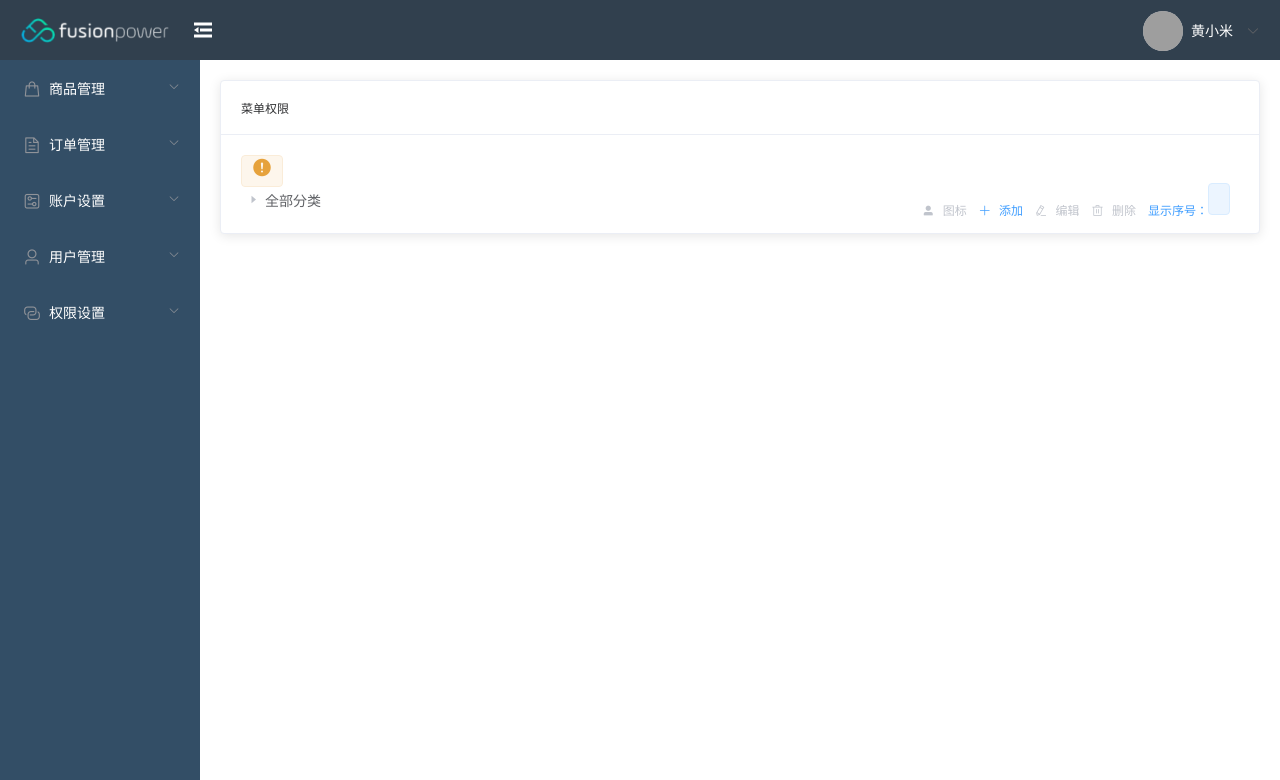
Repository: HanNing-cyber/vue-cms-project
Page: /#/auth/menu
The author's editor kept a copy of each file at every save. The page is drawn from the files as they stood at one save, then again after the next save.
The browser window is 1280 px wide. The pictures show the whole page.
Pictures or frames that could not be fetched are drawn as grey boxes. The project was rebuilt for these pictures with package versions that can differ from the ones it lists, and the page was loaded fresh each time. Also part of the build but not shown: vue.config.js, src/views/Login.vue, src/views/Register.vue.

Above is the page before, as saved 2020-05-06 00:32:23.

### src/main.js
import Vue from 'vue'
import App from './App.vue'
import router from './router'
import store from './store'
import '@/plugins/element'
import '@/plugins/axios'

Vue.config.productionTip = false

new Vue({
  router,
  store,
  render: h => h(App)
}).$mount('#app')

### src/App.vue
<template>
  <div id="app">
    <router-view></router-view>
  </div>
</template>

<script>
export default {
  name: "app",
  components: {}
};
</script>

<style lang="less">
@import "./assets/css/reset.css";
.el-row {
  margin-bottom: 20px;
  &:last-child {
    margin-bottom: 0;
  }
}
.el-col {
  border-radius: 4px;
}
.bg-purple-dark {
  background: #99a9bf;
}
.bg-purple {
  background: #d3dce6;
}
.bg-purple-light {
  background: #e5e9f2;
}
.grid-content {
  border-radius: 4px;
  min-height: 36px;
}
.row-bg {
  padding: 10px 0;
  background-color: #f9fafc;
}
a{
  color: currentColor;
}
</style>

### src/router/index.js
import Vue from 'vue'
import VueRouter from 'vue-router'
import Login from "@/views/Login.vue";
import Register from "@/views/Register.vue";
import Layout from "@/components/Layout.vue";
import { Message} from 'element-ui'

Vue.use(VueRouter)

  const routes = [
  {
    path: '/',
    name: 'Login',
    alias: "/login",
    meta:{requiresAuth:false},
    component: Login,
  },
  {
    path: '/register',
    name: 'Register',
    meta:{requiresAuth:false},
    component: Register,
  },
  // 商品管理
  {
    path:'/goods',
    name:'Goods',
    component:Layout,
    children: [
      {
        path: "list",
        name: "GoodsList",
        meta:{requiresAuth:true},
        component: () => import("@/views/Goods/List.vue"),
      },
      {
        path: "release",
        name: "GoodsRelease",
        meta:{requiresAuth:true},
        component: () => import("@/views/Goods/Release.vue"),
      },
      {
        path: "category",
        name: "GoodsCategory",
        meta:{requiresAuth:true},
        props: true,
        component: () => import("@/views/Goods/Category.vue"),
      },
      {
        path: 'edit',
        name: 'GoodsEdit',
        // meta: { requiresAuth: true },
        component: () => import('@/views/Goods/Edit.vue')
      },
    ],
  },
  // 订单管理
  {
    path:'/order',
    name:'Order',
    component:Layout,
    children: [
      {
        path: "list",
        name: "OrderList",
        meta:{requiresAuth:true},
        component: () => import("@/views/Order/List.vue"),
      },
    ],
  },
  // 账户设置
  {
    path:'/admin',
    name:'Admin',
    component:Layout,
    children: [
      {
        path: "setting",
        name: "AdminSetting",
        meta:{requiresAuth:true},
        component: () => import("@/views/Admin/Setting.vue"),
      },
    ],
  },
  // 用户管理
  {
    path:'/user',
    name:'User',
    component:Layout,
    children: [
      {
        path: "list",
        name: "UserList",
        meta:{requiresAuth:true},
        component: () => import("@/views/User/List.vue"),
      },
    ],
  },
  // 权限管理
  {
    path:'/auth',
    name:'Auth',
    component:Layout,
    children: [
      {
        path: "role",
        name: "AuthRole",
        meta:{requiresAuth:true},
        component: () => import("@/views/Auth/Role.vue"),
      },
      {
        path: "menu",
        name: "AuthMenu",
        meta:{requiresAuth:true},
        component: () => import("@/views/Auth/Menu.vue"),
      },
    ],
  },
]

const router = new VueRouter({
  routes
})

export default router

### src/plugins/axios.js
import axios from 'axios';
import { Loading,Message } from 'element-ui';
// 路由实例
import router from '@/router/index'
// loading实例
let loading;
//设置默认参数
axios.defaults.baseURL='http://localhost:3003';

// 请求拦截器
axios.interceptors.request.use(function(config){
    // 开启loding
    loading=Loading.service({background:'rgba(0,0,0,0.7'});
    console.log(config);
    // 在发送请求之前，在headers头加token
    if(config.url=='/api/admin/login' || config.url=='/api/admin/register'){
        return config;
    }
    let token = sessionStorage.token;
    // 判断是否已经登录，拥有token
    // 没有token，提示用户，跳转登录页面
    if(!token){
        Message.error('token令牌失效，请重新登录！')
        setTimeout(()=>{
            router.replace('/login');
            loading.close();
        },2000);
        return;
    }
    // 拥有token，在headers头添加token
    config.headers.Authorization=`Bearer ${token}`;
    return config;
},function(error){
    // 对请求错误做些什么
    return Promise.reject(error);
})


axios.interceptors.response.use(function (response) {
    // 关闭loading
    loading.close();
    //在这里你可以判断后台返回数据携带的请求码
    if (response.status === 200) {
    return response.data
    }
    // else {
    // // 非200请求抱错
    // throw Error(response.data.msg || '服务异常')
    // }
}, function (error) {
    // 对响应错误做点什么
    return Promise.reject(error);
});

export default axios;

### src/assets/css/reset.css
/*version: 2.7.0 */

html,
body {
	color: #898989;
	background: #FFF;
	font-family: "Microsoft YaHei UI", "Microsoft YaHei UI Light", "微软雅黑", "宋体", Helvetica-Black-SemiBold, Tahoma, Arial, sans-serif;
	font-size: 12px;
}

body,
div,
dl,
dt,
dd,
ul,
ol,
li,
h1,
h2,
h3,
h4,
h5,
h6,
pre,
code,
form,
fieldset,
legend,
input,
button,
textarea,
p,
blockquote,
th {
	margin: 0;
	padding: 0;
}

table {
	border-collapse: collapse;
	border-spacing: 0;
}

fieldset {
	border: solid 1px #666;
}
/*取消img蓝框*/
img {
	border: 0;
}

address,
caption,
cite,
code,
dfn,
em,
strong,
th,
var,
optgroup {
	font-style: inherit;
	font-weight: inherit;
}

del,
ins {
	text-decoration: none;
}

li {
	list-style: none;
}

caption,
th {
	text-align: left;
}

h1,
h2,
h3,
h4,
h5,
h6 {
	font-weight: normal;
}

h2 {
	font-size: 16px;
}

h3 {
	font-size: 14px;
}

q:before,
q:after {
	content: '';
}

abbr,
acronym {
	border: 0;
	font-variant: normal;
}

sup {
	vertical-align: baseline;
}

sub {
	vertical-align: baseline;
}

legend {
	color: #000;
}

input,
button,
textarea,
select,
optgroup,
option {
	font-family: inherit;
	font-size: inherit;
	font-style: inherit;
	font-weight: inherit;
}

input,
button,
textarea,
select {
	*font-size: 100%;
}

strong {
	font-weight: bold;
}

em {
	font-style: italic;
}
/*取消链接下横线*/
a {
	color: #ffd200;;
	text-decoration: none;
}

a:hover {
	color: #666;
}

a:focus {
	outline: thin dotted;
}


/* 改善在所有浏览器中获取焦点和悬停时的可读性: h5bp.com/h */

a:hover,
a:active {
	outline: 0;
}

.fl {
	float: left;
}

.fr {
	float: right;
}

.clear {
	clear: both;
}

.clearfix {
	*zoom: 1;
}

.clearfix:before,
.clearfix:after {
	display: table;
	line-height: 0;
	content: "";
}

.clearfix:after {
	clear: both;
}

.container {
	width: 1200px;
	margin-right: auto;
	margin-left: auto;
	*zoom: 1;
}

.container:before,
.container:after {
	display: table;
	line-height: 0;
	content: "";
}

.container:after {
	clear: both;
}

### src/components/Layout.vue
<template>
  <el-container>
    <el-header>
      <Navbar></Navbar>
    </el-header>
    <el-container>
      <el-aside width="200px">
        <LeftMenu></LeftMenu>
      </el-aside>
      <el-main>
        <router-view></router-view>
      </el-main>
    </el-container>
  </el-container>
</template>

<script>
import LeftMenu from '@/components/LeftMenu.vue';
import Navbar from '@/components/Navbar.vue';
export default{
    components:{
        LeftMenu,
        Navbar,
    }
}
</script>

<style lang="less">
 .el-header, .el-footer {
    background-color: #31404E;
    color: white;
    line-height: 60px;
  }

  .el-aside {
    background-color: #334E66;
    color: #333;
    text-align: left;
    min-height: 100vh;
    .el-menu{
      border-right: 0;
    }
  }

  .el-main {
    background-color: white;
    color: #333;
  }

  body > .el-container {
    margin-bottom: 40px;
  }

  .el-container:nth-child(5) .el-aside,
  .el-container:nth-child(6) .el-aside {
    line-height: 260px;
  }

  .el-container:nth-child(7) .el-aside {
    line-height: 320px;
  }
</style>

### src/views/Auth/Menu.vue
<template>
	<div>
		<el-card class="box-card">
			<div slot="header" class="clearfix">
				<span>菜单权限</span>
			</div>
			<!-- <el-tree :data="data" :props="defaultProps" @node-click="handleNodeClick"></el-tree> -->
			<div class="custom-tree-container">
				<el-tag type="warning">
					<div class="left-tip"><i class="el-icon-warning" style="fontSize:20px"></i></div>
					<div class="right-tip"></div>
				</el-tag>
				<div class="block">
					<!-- <el-tree ref="tree" lazy :props="defaultProps" :data="data"> -->
					<el-tree ref="tree" :load="loadNode" lazy :props="defaultProps" node-key="id">
						<span class="custom-tree-node" slot-scope="{ node, data }">
							<span>{{node.label }}</span>
							<span>
								<el-tooltip class="item" effect="light" content="Left Top 提示文字" placement="left-start">
									<el-button type="text" size="mini" icon="el-icon-user-solid" :disabled="node.level==1">
										图标
									</el-button>
								</el-tooltip>
								<el-button type="text" size="mini" icon="el-icon-plus" @click.stop="openInsertModal(node,data)">
									添加
								</el-button>
								<el-button type="text" size="mini" icon="el-icon-edit" :disabled="node.level==1" @click.stop="openEditModal(node,data)">
									编辑
								</el-button>
								<el-button type="text" size="mini" icon="el-icon-delete" @click.stop="openRemoveModal(node,data)" :disabled="node.level==1">
									删除
								</el-button>
								<el-button type="text" size="mini">
									<span class="sort">显示序号：</span>
									<el-tag class="tag">{{data.order}}</el-tag>
								</el-button>
							</span>
						</span>
					</el-tree>
				</div>
			</div>
		</el-card>
		<!-- 添加模态框 -->
		<el-dialog title="添加节点" :visible.sync="insertVisible" width="30%">
			<el-form ref="insertForm" :model="insertForm" :rules="rules" label-width="80px">
				<el-form-item label="菜单名称" prop="name">
					<el-input v-model="insertForm.name"></el-input>
				</el-form-item>
				<el-form-item label="链接地址" prop="path">
					<el-input v-model="insertForm.path" placeholder="指定此菜单的链接地址,可选填"></el-input>
				</el-form-item>
				<el-form-item label="显示顺序" prop="order">
					<el-input v-model="insertForm.order" placeholder="显示顺序按照数字大小,如:2001"></el-input>
				</el-form-item>
			</el-form>
			<span slot="footer" class="dialog-footer">
				<el-button @click="insertVisible = false">取 消</el-button>
				<el-button type="primary" @click="handleInsert('insertForm')">确 定</el-button>
			</span>
		</el-dialog>

		<!-- 编辑模态框 -->
		<el-dialog title="编辑节点" :visible.sync="editVisible" width="30%">
			<el-form ref="editForm" :model="editForm" :rules="rules" label-width="80px">
				<el-form-item label="菜单名称" prop="name">
					<el-input v-model="editForm.name"></el-input>
				</el-form-item>
				<el-form-item label="链接地址" prop="path">
					<el-input v-model="editForm.path" placeholder="指定此菜单的链接地址,可选填"></el-input>
				</el-form-item>
				<el-form-item label="显示顺序" prop="order">
					<el-input v-model="editForm.order" placeholder="显示顺序按照数字大小,如:2001"></el-input>
				</el-form-item>
			</el-form>
			<span slot="footer" class="dialog-footer">
				<el-button @click="editVisible = false">取 消</el-button>
				<el-button type="primary" @click="handleEdit('editForm')">确 定</el-button>
			</span>
		</el-dialog>
	</div>
</template>

<script>
	import { Auth } from '@/api/index.js'

	export default {
		data() {
			return {
				defaultProps: {
					label: 'name',
					children: "children",
				},
				insertForm: {
					name: '',
					pId: '',
					order: '',
				},
				editForm: {
					name: '',
					pId: '',
					order: '',
				},
				rules: {
					name: [
						{ required: true, message: '请输入分类名称', trigger: 'blur' },
					],
					order: [
						{ required: true, message: '请输入菜单顺序', trigger: 'blur' },
					]
				},
				nodeData: {}, //节点数据
				node: {}, //节点对象
				insertVisible: false,
				editVisible: false,
			}
		},
		methods: {
			async loadNode(node, resolve) {
				console.log(node);
				// 根节点
				if (node.level == 0) {
					return resolve([{ name: '全部分类', pId: 0 }]);
				}
				if (node.level == 1) {
					// 取出node.data里的数据
					let { status, data } = await Auth.subcate({ pId: 1 });
					if (status) {
						resolve(data);
					}
				}
				if (node.level == 2) {
					// 取出node.data里的数据
					let id = node.data.id;
					// let { pId } = node.data;
					let { status, data } = await Auth.subcate({ pId: id });
					if (status) {
						resolve(data);
					}
				}
			},
			// 删除
			openRemoveModal(node, data) {
				this.$confirm('确定要删除此分类吗?', { type: 'warning' })
					.then(async () => {
						// 发送ajax
						let id = node.data.id;
						let { status } = await Auth.del({ id }); //扩展运算符
						if (status) {
							// 界面上的数据删除
							this.$refs.tree.remove(data);
							this.$message.success('删除成功');
						} else {
							this.$message.error(msg);
						}
					});
			},
			// 添加
			openInsertModal(node, data) {
				console.log(data)
				// 转存了父级分类id
				this.insertForm.pId = data.pId + 1;
				// 转存 父类节点
				this.node = node;
				this.insertVisible = true;
			},
			handleInsert(formName) {
				this.$refs[formName].validate(async (valid) => {
					if (valid) {
						let { status, msg, data } = await Auth.insert({ ...this.insertForm }); //扩展运算符
						if (status) {
							// 关闭弹窗
							this.insertVisible = false;
							// 界面添加节点
							this.$refs.tree.append({ ...this.insertForm, ...data }, this.node);
						}
					}
				});
			},
			// 编辑
			openEditModal(node, data) {
				// 转存节点对象
				this.node = node;
				this.editForm = { ...data };
				this.editVisible = true;
			},
			handleEdit(formName) {
				this.$refs[formName].validate(async (valid) => {
					if (valid) {
						let { status, msg } = await Auth.Edit({ ...this.editForm }); //扩展运算符
						if (status) {
							this.$message.success(msg);
							// 关闭弹窗
							this.editVisible = false;
							// 更新节点
							this.node.data = this.editForm;
						} else {
							this.$message.error(msg);
						}
					}
				});
			}
		},
	}
</script>

<style lang="less" scoped>
	.custom-tree-node {
		flex: 1;
		display: flex;
		align-items: center;
		justify-content: space-between;
		font-size: 14px;
		padding-right: 8px;
	}

	.xu {
		font-size: 12px;
		padding-left: 10px;
	}
</style>

### src/api/index.js
import Admin from './modules/admin';
import User from './modules/user';
import Login from './modules/login';
import Category from './modules/category';
import Goods from './modules/goods';
import Auth from './modules/auth';
import Order from './modules/order';
// import Upload from './modules/upload';
export {
    Admin,
    User,
    Login,
    Category,
    Goods,
    Auth,
    Order,
}

### src/components/LeftMenu.vue
<template>
  <el-menu router default-active="2" class="el-menu-vertical-demo" background-color="#334E66" text-color="#fff" active-text-color="#ffd04b">
    <el-submenu index="1">
      <template slot="title">
        <i class="el-icon-goods"></i>
        <span slot="title">商品管理</span>
      </template>
      <el-menu-item index="/goods/category">商品分类</el-menu-item>
      <el-menu-item index="/goods/release">发布商品</el-menu-item>
      <el-menu-item index="/goods/list">商品列表</el-menu-item>
    </el-submenu>
    <el-submenu index="2">
      <template slot="title">
        <i class="el-icon-document"></i>
        <span slot="title">订单管理</span>
      </template>
      <el-menu-item index="/order/list">订单列表</el-menu-item>
    </el-submenu>
    <el-submenu index="3">
      <template slot="title">
        <i class="el-icon-set-up"></i>
        <span slot="title">账户设置</span>
      </template>
      <el-menu-item index="/admin/setting">账户信息</el-menu-item>
    </el-submenu>
    <el-submenu index="4">
      <template slot="title">
        <i class="el-icon-user"></i>
        <span slot="title">用户管理</span>
      </template>
      <el-menu-item index="/user/list">用户列表</el-menu-item>
    </el-submenu>
    <el-submenu index="5">
      <template slot="title">
        <i class="el-icon-connection"></i>
        <span slot="title">权限设置</span>
      </template>
      <el-menu-item index="/auth/role">用户角色</el-menu-item>
      <el-menu-item index="/auth/menu">菜单权限</el-menu-item>
    </el-submenu>
  </el-menu>
</template>

<script></script>

<style lang="less" scoped>
body {
  overflow: hidden;

  .el-aside {
    height: 100vh;
  }
}
</style>

### src/components/Navbar.vue
<template>
  <div class="nav-bar">
    <div class="left">
      <div class="name">
        <img src="../assets/img/logo.png" alt="" width="150px">
      </div>
      <el-button type="text" class="icon-toggle" icon="el-icon-s-fold"></el-button>
    </div>
    <div class="right">
      <el-dropdown>
        <span class="el-dropdown-link">
          <el-avatar src="https://cube.elemecdn.com/0/88/03b0d39583f48206768a7534e55bcpng.png"></el-avatar>
          <span class="nickname">黄小米</span>
          <i class="el-icon-arrow-down el-icon--right"></i>
        </span>
        <el-dropdown-menu size="medium" slot="dropdown">
          <el-dropdown-item>消息</el-dropdown-item>
          <el-dropdown-item>设置</el-dropdown-item>
          <el-dropdown-item divided>退出</el-dropdown-item>
        </el-dropdown-menu>
      </el-dropdown>
    </div>
  </div>
</template>

<script>
export default {};
</script>

<style lang="less">
.nav-bar {
  display: flex;
  justify-content: space-between;
  align-items: center;
  padding: 5px 0;
  line-height: 0;

  .left {
    display: flex;
    align-items: center;

    .icon-toggle {
      font-size: 24px;
      margin-left: 20px;
      color: white;
    }
  }
  .right {
    .el-dropdown-link {
      display: flex;
      align-items: center;
    }
    .nickname {
      color: white;
      margin: 0 8px;
    }
  }
}
.el-dropdown-menu {
  width: 200px;
  background-color: #31404E;
}
</style>

### src/api/modules/admin.js
import axios from 'axios';

// // 管理员登陆

// //ES5写法
// // function login(data){
// //     return axios.post('/admin/login',data);
// // }

// // ES6写法
// let login = (data) => axios.post('/admin/login',data);
// let register = (data) => axios.post('/admin/register',data);
// let list = (data) => axios.get('/admin/list',{params:data});

// // 删除管理员
// let remove = (data) => axios.post('/admin/delete',{id:data});
// // 获取管理员资料

let info = (data) => axios.get('/api/admin',{params:data})

let edit = (data) => axios.post('/admin/info',data)
let subcate = (data) => axios.get('/api/role/list' , {params:data});
export default{
    info,
    edit,
    subcate,

}

### src/api/modules/user.js
import axios from 'axios';

// // 文章列表
let list = (data) => axios.get('/api/admin/list',{params:data});
let role = (data) => axios.get('/api/role/list', { params: data });
// // 删除用户
let remove = (id) => axios.delete('/api/admin' , {params:id});
// // 获取用户资料
// let info = (data) => axios.get('/user',{params:data});

// let edit = (id ,data ) => axios.put(`/user/${id}` ,data);

export default{
    list,
    role,
    remove,
//     info,
//     edit,
}

### src/api/modules/login.js
import axios from 'axios';



let login = (data) => axios.post('/api/admin/login',data);
let register = (data) => axios.post('/api/admin/register',data);

export default{
    login,
    register,

}

### src/api/modules/category.js
import axios from 'axios';
// 获取子级分类
let subcate = (data) => axios.get('/api/category/sub' , {params:data});
// 获取所有分类
let list= (data) => axios.get('/api/category/all' , {params:data});
// 添加分类
let insert = (data) => axios.post('/category/add' ,data)
// 删除分类
let remove = (id) => axios.delete('/api/category',{params:id});
// 编辑分类
let edit = (data) => axios.post('/category/edit',data)

export default{
    subcate,
    list,
    insert,
    remove,
    edit,
}

### src/api/modules/goods.js
import axios from 'axios';
// 获取子级分类
// let subcate = (data) => axios.get('/api/category/all' , {params:data});
// 获取所有分类
let list= (data) => axios.get('/api/admin/goods/list' , {params:data});
// // 添加分类
// let insert = (data) => axios.post('/category/add' ,data)
// // 删除分类
// let remove = (data) => axios.post('/category/delete',{id:data});
let remove = (id) => axios.delete('/api/admin/goods',{params:id});
// // 编辑分类
// let edit = (data) => axios.post('/category/edit',data)
// 发布新商品
let add = (data) => axios.post('/api/admin/goods',data);
// 发布新商品
let release = (data) => axios.post('/api/admin/goods', data);

export default{
    list,
    remove,
    release,
}

### src/api/modules/auth.js
import axios from 'axios';

// // 列表
let list = (data) => axios.get('/api/role/list', { params: data });
// //删除
// let remove = (id) => axios.delete(`/role/${id}`);
let remove = (id) => axios.delete('/api/menu',{params:id});
let menu = (data) => axios.get('/api/menu/sub', { params: data })
// //添加
let insert = (data) => axios.post('/api/menu', data);
// //编辑
// let edit = (id, data) => axios.put(`/role/${id}`, data);
export default {
	list,
	remove,
	menu,
	insert,
// 	edit
}

### src/api/modules/order.js
import axios from 'axios';

// 订单列表
let list = (data) => axios.get('/api/admin/order/list', { params: data })

export default {
	list,
}

Loaded but not shown: public/index.html (common file); src/store/index.js (common file); src/plugins/element.js (common file)

After the next save:
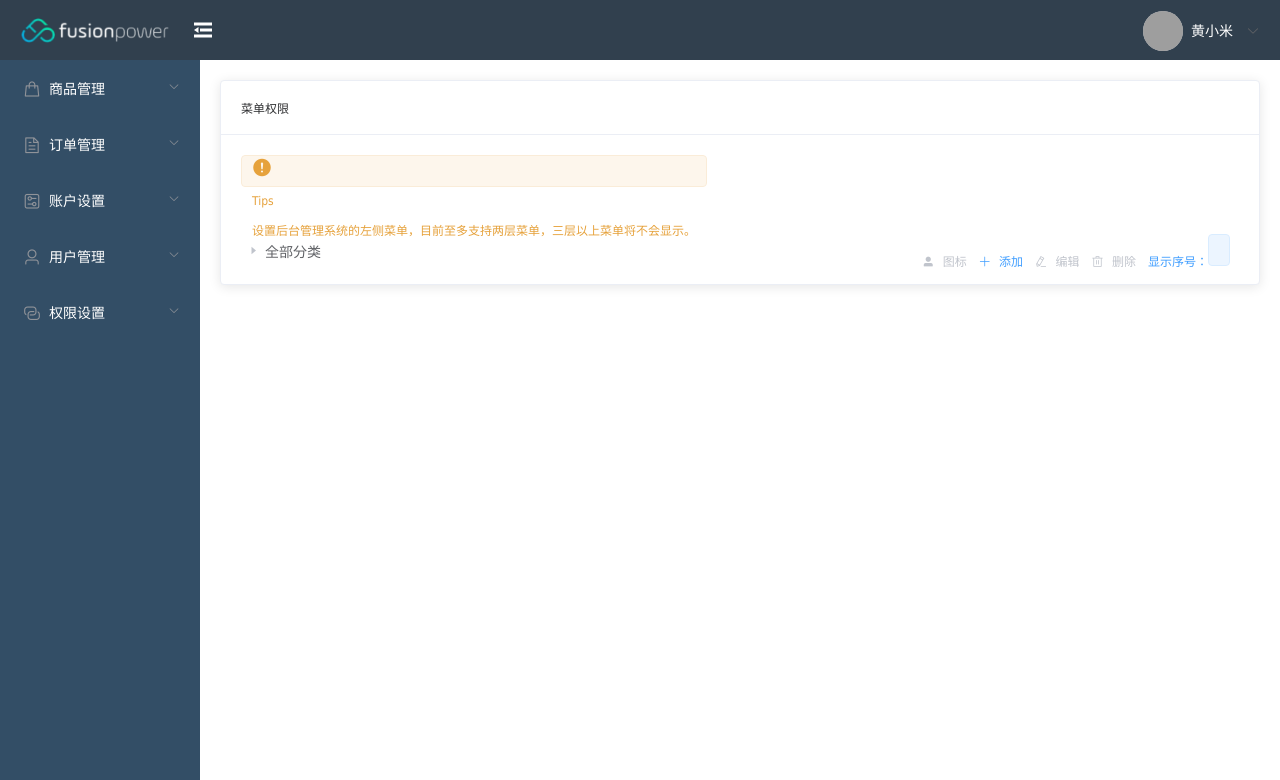
Saved 54 s later.
--- a/src/views/Auth/Menu.vue
+++ b/src/views/Auth/Menu.vue
@@ -6,9 +6,12 @@
 			</div>
 			<!-- <el-tree :data="data" :props="defaultProps" @node-click="handleNodeClick"></el-tree> -->
 			<div class="custom-tree-container">
-				<el-tag type="warning">
+				<el-tag type="warning" class="tip-tag">
 					<div class="left-tip"><i class="el-icon-warning" style="fontSize:20px"></i></div>
-					<div class="right-tip"></div>
+					<div class="right-tip">
+						<div>Tips</div>
+						<div>设置后台管理系统的左侧菜单，目前至多支持两层菜单，三层以上菜单将不会显示。</div>
+					</div>
 				</el-tag>
 				<div class="block">
 					<!-- <el-tree ref="tree" lazy :props="defaultProps" :data="data"> -->
